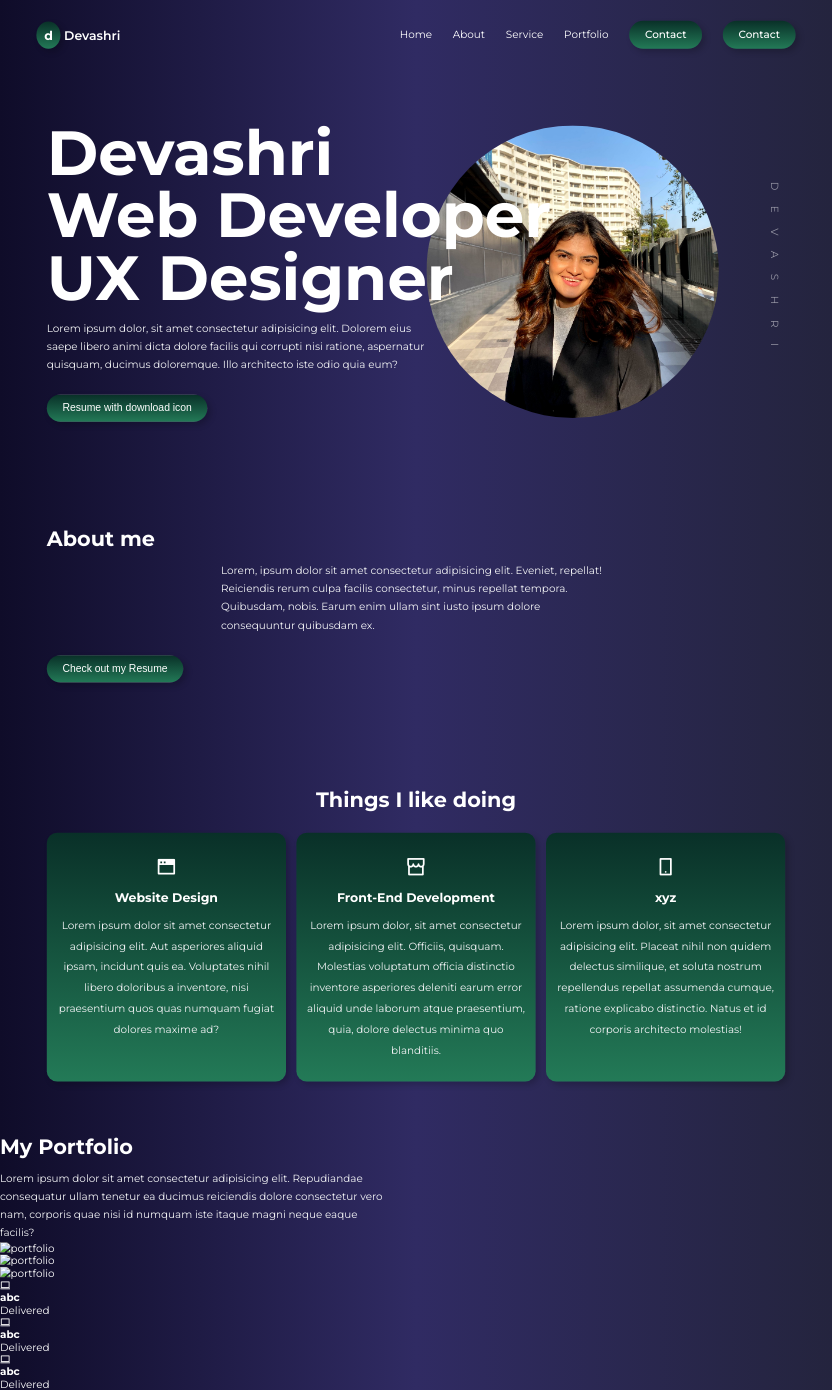
Repository: devashrisamani/devashrisamani.github.io
Page: index.html
An editor plug-in stored every save of this project. The page is shown before and after the next save, followed by the edit.
The browser window is 1280 px wide. The pictures show the whole page, at 65% of full size.

Above is the page before, as saved 2025-09-24 22:04:57.

After the next save:
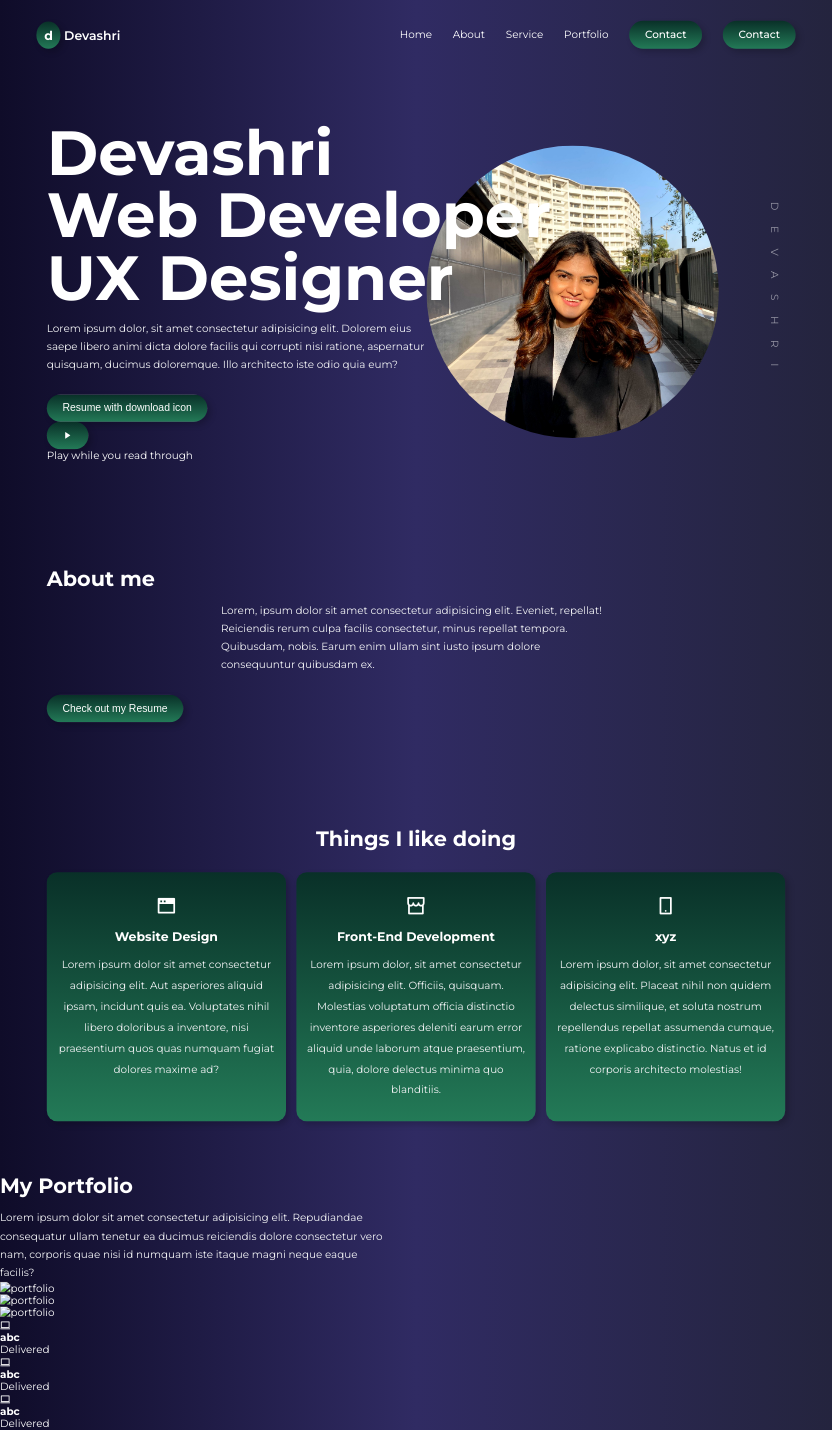
Saved 4 s later.
--- a/index.html
+++ b/index.html
@@ -56,6 +56,18 @@
         <div class="header__btn">
           <button class="btn">Resume with download icon</button>
         </div>
+        <div class="header__btn">
+          <!-- Play button with icon -->
+          <button class="btn play-btn" id="play-btn">
+            <i class="ri-play-fill"></i>
+          </button>
+          <!-- Audio element (hidden controls) -->
+          <audio id="bg-music" loop>
+            <source src="music/lofi-jazz.mp3" type="audio/mpeg" />
+            Your browser does not support the audio element.
+          </audio>
+        </div>
+        <p class="play-text">Play while you read through</p>
       </div>
     </header>
 
